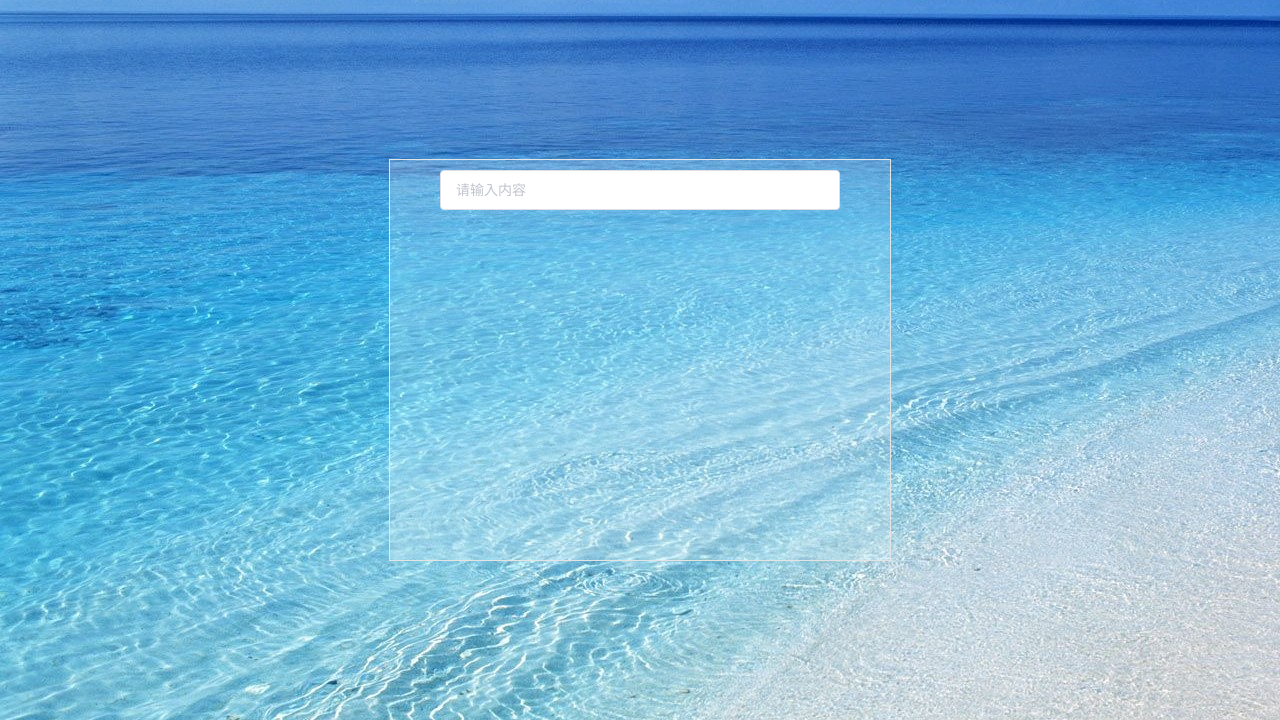
Repository: jinggegeZ/livechat
Page: /login
These files come from the project's save history. The page is drawn as it stood at one moment and after the next save; the edit follows.
The browser window is 1280 px wide. The pictures show the whole page.
The project was rebuilt for these pictures with package versions that can differ from the ones it lists, and the page was loaded fresh each time. Also part of the build but not shown: src/views/Home.vue.

Above is the page before, as saved 2020-08-17 15:07:20.

After the next save:
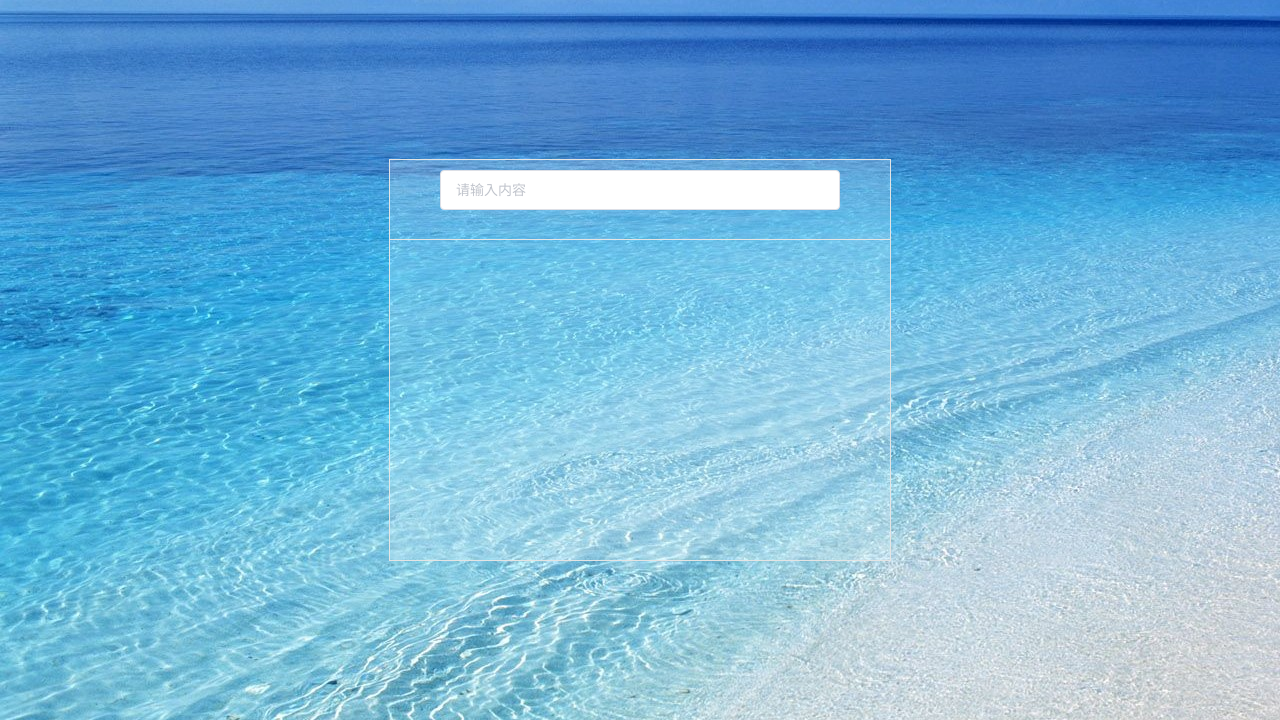
Saved 23 s later.
--- a/src/views/login.vue
+++ b/src/views/login.vue
@@ -64,10 +64,11 @@
 }
 .input {
   width: 100%;
-  height: 80px;
+  height: 79px;
   display: flex;
   justify-content: center;
   align-items: center;
+  border-bottom: 1px solid rgb(228, 228, 228);
 }
 .inputbox {
   width: 80%;
